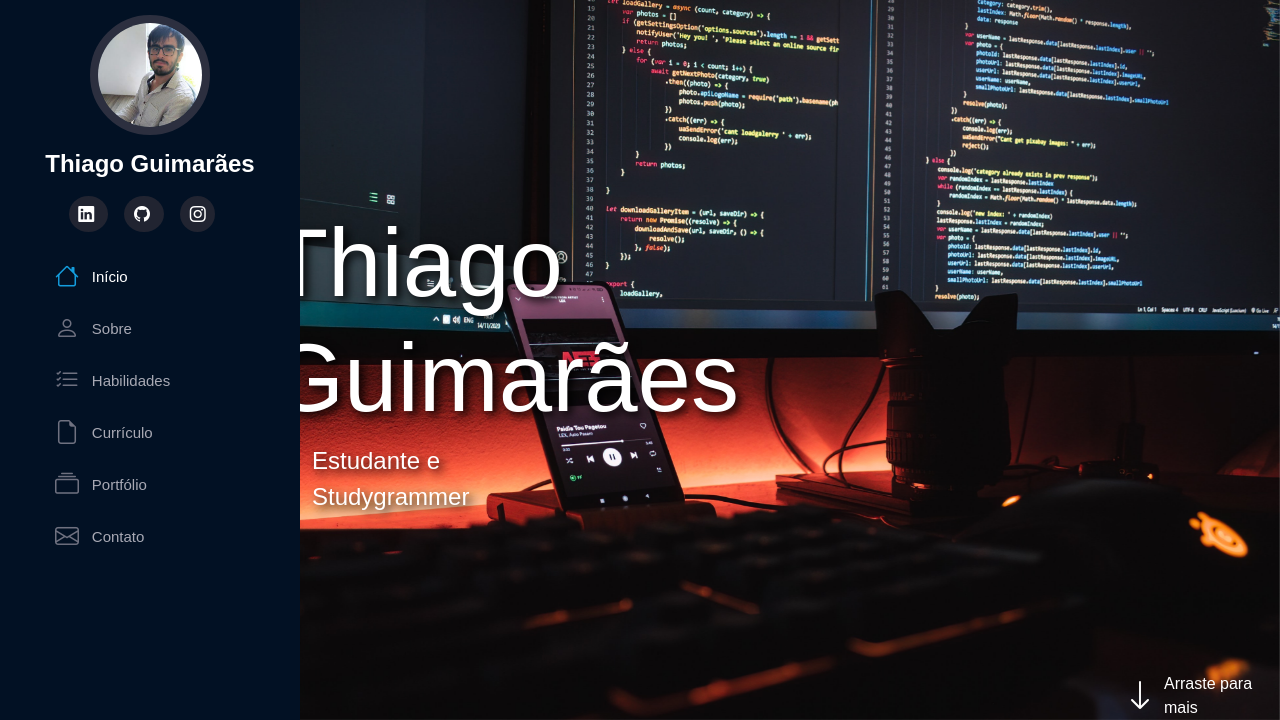
Repository: Rayago/projeto-portfolio
Page: http://localhost/
An editor plug-in stored every save of this project. The page is shown before and after the next save, followed by the edit.
The browser window is 1280 px wide. The pictures show the whole page.
Some web fonts or font styles are not loaded; a fallback is used. The page is served by the project's application, run on Flask 3 (app.py).

Above is the page before, as saved 2022-07-12 20:32:14.

### templates/index.html
<!DOCTYPE html>
<html lang="pt-br">
<head>
    <meta charset="UTF-8">
    <meta http-equiv="X-UA-Compatible" content="IE=edge">
    <meta name="viewport" content="width=device-width, initial-scale=1.0">
    <link rel="stylesheet" href="../static/bootstrap/css/bootstrap.css">
    <link rel="stylesheet" href="../static/style.css">
    <link rel="icon" type="image/png" href="../static/img">
    <link rel="stylesheet" href="https://cdn.jsdelivr.net/npm/bootstrap-icons@1.8.3/font/bootstrap-icons.css">
    <title>Thiago Guimarães</title>
</head>
<body>

    <i class="bi bi-list menu-mobile"></i>

    <aside id="header">
        <section class="profile">
            <img src="../static/img/meu_perfil.jpg" alt="Foto Perfil"/>
            <h1>Thiago Guimarães</h1>
            <div class="social-links mt-4 text-center">
                <a target="_blank" href="https://www.linkedin.com/in/raymundo-thiago">
                    <i class="bi bi-linkedin"></i>
                </a>
                <a target="_blank" href="https://www.github.com/Rayago">
                    <i class="bi bi-github"></i>
                </a>
                <a target="_blank" href="https://www.instagram.com/estudatech">
                    <i class="bi bi-instagram"></i>
                </a>
            </div>
        </section>

        <nav id="navbar" class="nav-menu">
            <ul class="nav flex-column">
                <li class="nav-item">
                  <a class="nav-link active" aria-current="page" href="#"><i class="bi bi-house" aria-hidden="true"></i> Início</a>
                </li>
                <li class="nav-item">
                  <a class="nav-link" href="#"><i class="bi bi-person" aria-hidden="true"></i> Sobre</a>
                </li>
                <li class="nav-item">
                  <a class="nav-link" href="#"><i class="bi bi-list-check" aria-hidden="true"></i> Habilidades</a>
                </li>
                <li class="nav-item">
                    <a class="nav-link" aria-current="page" href="#"><i class="bi bi-file-earmark" aria-hidden="true"></i> Currículo</a>
                </li>
                <li class="nav-item">
                    <a class="nav-link" href="#"><i class="bi bi-collection" aria-hidden="true"></i> Portfólio</a>
                </li>
                <li class="nav-item">
                    <a class="nav-link" href="#"><i class="bi bi-envelope" aria-hidden="true"></i> Contato</a>
                </li>
              </ul>
        </nav>

    </aside>

    <main id="main">

        <section id="inicio" class="row m-0 p-0">
            <div class="col-md-5 d-flex justify-content-center align-items-center flex-column">
                <h2 class="text-white text-shadow">Thiago Guimarães</h2>
                <span id="subtitle" class="text-white text-shadow">Estudante e Studygrammer</span>
            </div>

            <div class="col-md-7 d-flex justify-content-end align-items-end">
                <div id="arraste" class="d-flex align-items-center">
                    <i class="bi bi-arrow-down text-white pe-2 fs-2" aria-hidden="true"></i>
                    <a href="">Arraste para mais</a>
                </div>

            </div>
        </section>

    </main>

    <script src="../static/bootstrap/js/bootstrap.bundle.min.js"></script>
    <script src="../static/script.js"></script>
</body>
</html>

### app.py
from flask import Flask, render_template, redirect

app = Flask(__name__)

@app.route('/')
def index():
    return render_template('index.html')

if __name__ == '__main__':
    app.run(debug=True)

### static/style.css
@import url('https://fonts.googleapis.com/css2?family=Ubuntu:ital,wght@0,300;0,400;0,500;0,700;1,300;1,400;1,500;1,700&display=swap');

html, body {
    font-family: Ubuntu, Arial;
    width: 100%;
    height: 100%;
}

#header {
    position: fixed;
    top: 0;
    left: 0;
    bottom: 0;
    background: #021124;
    overflow-y: auto;
    width: 300px;
    transition: all ease-in-out 0.5s;
    padding: 0 15px;
    z-index: 9997;
}

#header .profile img {
    margin: 15px auto;
    display: block;
    width: 120px;
    border: 8px solid #2c2f3f;
    border-radius: 50%;
}

#header .profile h1 {
    font-size: 24px;
    margin: 0;
    padding: 0;
    font-weight: 600;
    text-align: center;
    color: #fff;
}

#header .profile .social-links a {
    font-size: 1rem;
    background: #212431;
    color: #fff;
    padding: 0.6rem;
    margin-right: 1rem;
    border-radius: 50%;
    transition: 0.3s;
    text-decoration: none;
}

#header .profile .social-links a:hover {
    background: #149ddd;
}

.nav-menu {
    padding: 1.5rem;
}

.nav-menu a,
.nav-menu a:focus {
    display: flex;
    align-items: center;
    color: #a8a9b4;
    transition: 0.3s;
    font-size: 15px;
}

.nav-menu a i,
.nav-menu a:focus i {
    font-size: 24px;
    padding-right: 0.8rem;
    color: #6f7180;
}

.nav-menu a:hover,
.nav-menu .active,
.nav-menu .active:focus,
.nav-menu li:hover > a {
    text-decoration: none;
    color: #fff;
}

.nav-menu a:hover i,
.nav-menu .active i,
.nav-menu .active:focus i,
.nav-menu li:hover > a i {
    color: #149ddd;
}

#main{
    margin-left: 300px;
}

section#inicio {
    background-image: url("./img/banner.jpg");
    background-repeat: no-repeat;
    background-size: cover;
    background-attachment: fixed;
    background-position: center;

    width: 100%;
    height: 100vh;
}


section#inicio h2{
    font-size: 6rem;
}

section#inicio span#subtitle{
    margin-right: 8rem;
    font-size: 1.5rem;
}

.text-shadow {
    text-shadow: 4px 4px 10px #000000;
}

section#inicio div#arraste {
    width: 9rem;
}

section#inicio div#arraste a {
    text-decoration: none;
    color: #fff;
}

i.menu-mobile {
    position: fixed;
    color: #fff;
    background-color: #18171D;
    right: 1rem;
    top: 1rem;
    font-size: 1.5rem;
    border-radius: 4rem;
    cursor: pointer;
    z-index: 10;
    width: 45px;
    height: 45px;
    display: none;
    justify-content: center;
    align-items: center;
}

.menu-nav-active {
    overflow: hidden;
}

.menu-nav-active #header {
    left: 0;
}

@media (max-width: 1024px) {
    #header {
        left: -300px;
    }

    i.menu-mobile {
        display: flex;
    }

    section#inicio h2 {
        font-size: 3.5rem;
    }

    section#inicio span#subtitle {
        margin-right: 0;
        font-size: 1rem;
    }

    #main {
        margin-left: 0;
    }
}

### static/script.js
/*Abre e fecha menu lateral no mobile */

const menuMobile = document.querySelector('.menu-mobile')
const body = document.querySelector('body')

menuMobile.addEventListener('click', () => {
    menuMobile.classList.contains("bi-list")
    ? menuMobile.classList.replace("bi-list", "bi-x")
    : menuMobile.classList.replace("bi-x", "bi-list")
})

Loaded but not shown: static/bootstrap/css/bootstrap.css (library); static/bootstrap/js/bootstrap.bundle.min.js (library)

After the next save:
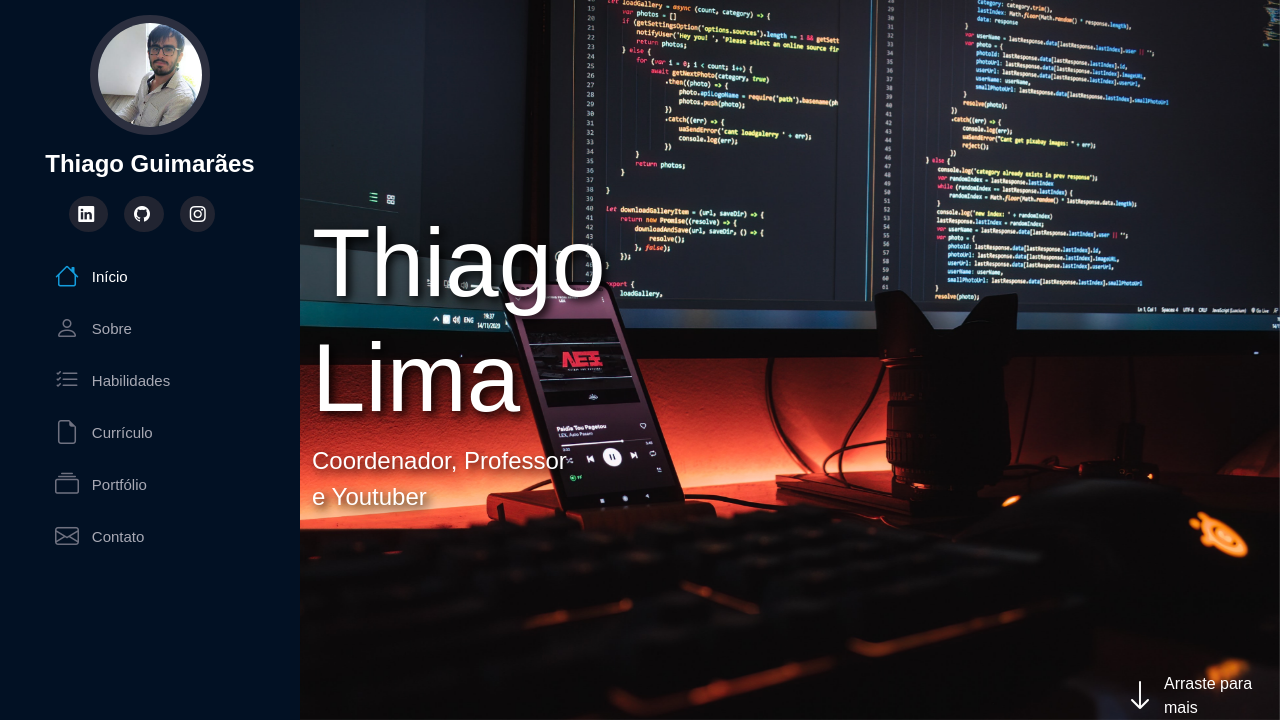
Saved 47 s later.
--- a/templates/index.html
+++ b/templates/index.html
@@ -60,17 +60,18 @@
 
         <section id="inicio" class="row m-0 p-0">
             <div class="col-md-5 d-flex justify-content-center align-items-center flex-column">
-                <h2 class="text-white text-shadow">Thiago Guimarães</h2>
-                <span id="subtitle" class="text-white text-shadow">Estudante e Studygrammer</span>
+                <h2 class="text-white text-shadow">Thiago Lima</h2>
+                <span id="subtitle" class="text-white text-shadow">Coordenador, Professor e Youtuber</span>
             </div>
 
             <div class="col-md-7 d-flex justify-content-end align-items-end">
                 <div id="arraste" class="d-flex align-items-center">
                     <i class="bi bi-arrow-down text-white pe-2 fs-2" aria-hidden="true"></i>
-                    <a href="">Arraste para mais</a>
+                    <a href="#sobre">Arraste para mais</a>
                 </div>
 
             </div>
+
         </section>
 
     </main>
